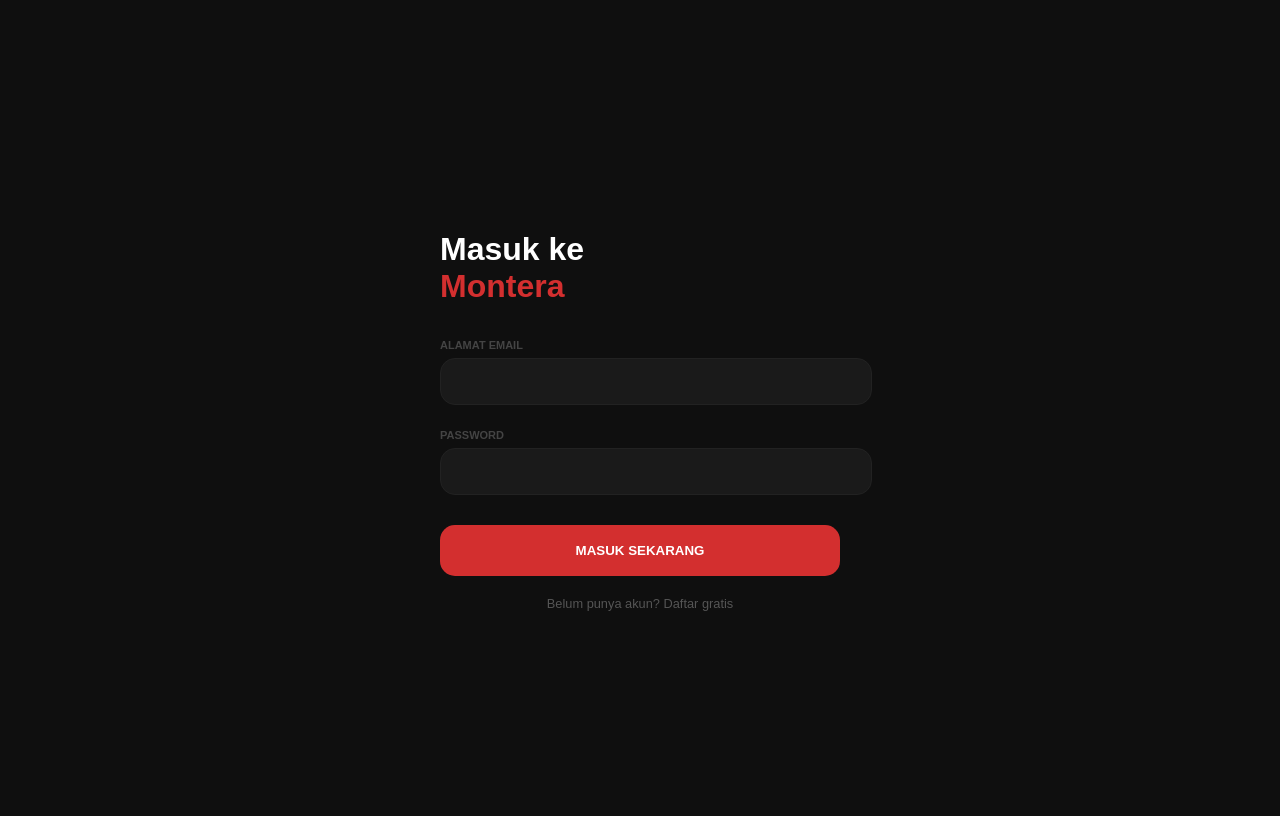
Repository: Tenno1208/montera-app
Page: http://localhost/login
An editor plug-in stored every save of this project. The page is shown before and after the next save, followed by the edit.
The browser window is 1280 px wide. The pictures show the whole page.
The page is served by the project's Laravel application, run on PHP 8.4 with Laravel 12.

Above is the page before, as saved 2026-04-23 18:12:47.

After the next save:
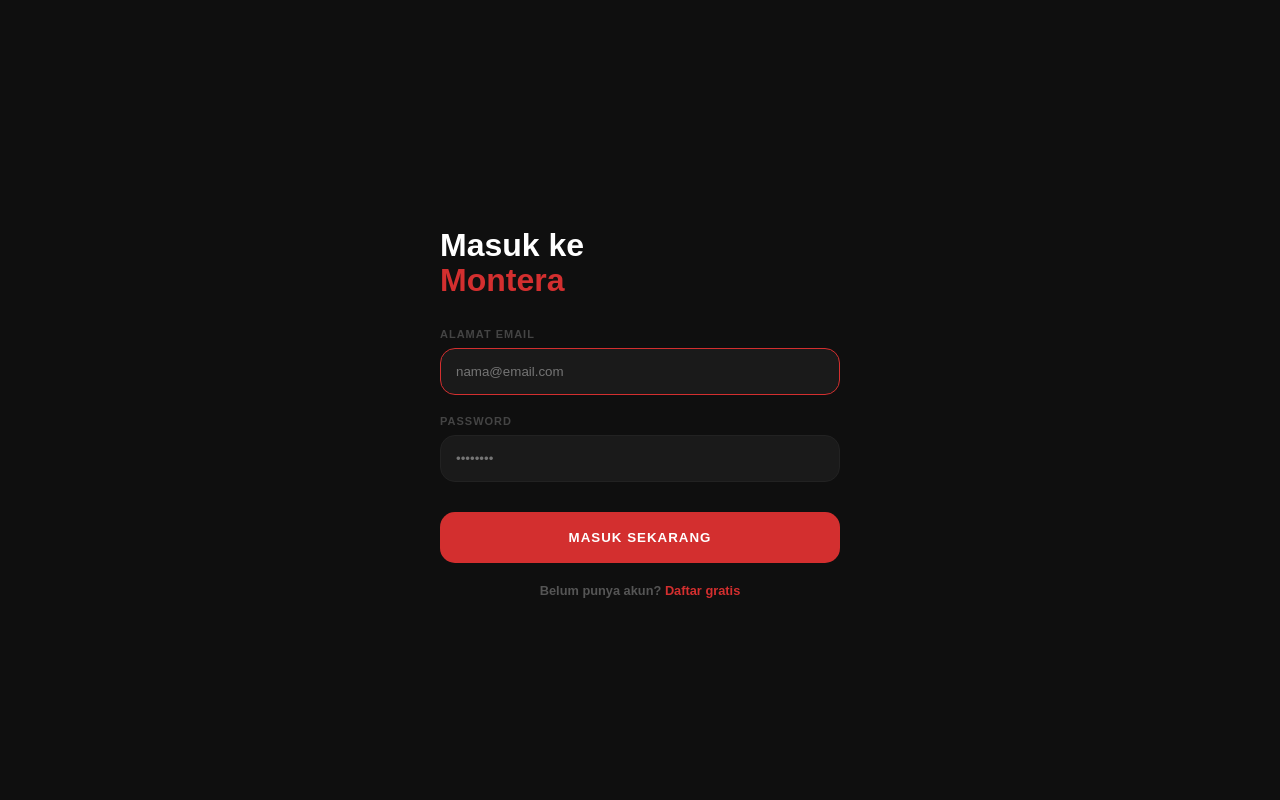
Saved 100 s later.
--- a/resources/views/auth/login.blade.php
+++ b/resources/views/auth/login.blade.php
@@ -5,31 +5,79 @@
     <meta name="viewport" content="width=device-width, initial-scale=1.0">
     <title>Montera - Masuk</title>
     <style>
-        body { background: #0F0F0F; color: white; font-family: sans-serif; padding: 40px; display: flex; align-items: center; justify-content: center; min-height: 100vh; }
+        body { background: #0F0F0F; color: white; font-family: sans-serif; padding: 40px; display: flex; align-items: center; justify-content: center; min-height: 100vh; margin: 0; }
         .login-box { width: 100%; max-width: 400px; }
-        h2 { font-size: 2rem; font-weight: 900; margin-bottom: 30px; }
-        .input-group { margin-bottom: 20px; }
-        input { width: 100%; padding: 15px; border-radius: 15px; border: 1px solid #222; background: #1A1A1A; color: white; outline: none; margin-top: 5px; }
-        .btn-login { width: 100%; padding: 18px; border-radius: 15px; border: none; background: #D32F2F; color: white; font-weight: bold; cursor: pointer; margin-top: 10px; }
-        a { color: #555; text-decoration: none; font-size: 0.8rem; display: block; text-align: center; margin-top: 20px; }
+        h2 { font-size: 2rem; font-weight: 900; margin-bottom: 30px; line-height: 1.1; }
+        .input-group { margin-bottom: 20px; position: relative; }
+
+        /* Gaya Label & Input */
+        label { font-size: 11px; font-weight: bold; color: #444; letter-spacing: 1px; display: block; margin-bottom: 8px; }
+        input {
+            width: 100%; padding: 15px; border-radius: 15px; border: 1px solid #222;
+            background: #1A1A1A; color: white; outline: none; box-sizing: border-box;
+            transition: 0.3s;
+        }
+
+        /* State Input Error */
+        input.is-invalid { border-color: #D32F2F; background: rgba(211, 47, 47, 0.05); }
+        input:focus { border-color: #D32F2F; }
+
+        /* Pesan Error Mewah */
+        .error-message {
+            color: #D32F2F; font-size: 11px; font-weight: bold; margin-top: 6px;
+            display: flex; align-items: center; gap: 5px;
+        }
+
+        /* Tombol */
+        .btn-login {
+            width: 100%; padding: 18px; border-radius: 15px; border: none;
+            background: #D32F2F; color: white; font-weight: bold; cursor: pointer;
+            margin-top: 10px; transition: 0.3s; letter-spacing: 1px;
+        }
+        .btn-login:active { transform: scale(0.98); }
+
+        a { color: #555; text-decoration: none; font-size: 0.8rem; display: block; text-align: center; margin-top: 20px; font-weight: 600; }
+        span.montera-text { color: #D32F2F; }
     </style>
 </head>
 <body>
     <div class="login-box">
-        <h2>Masuk ke<br><span style="color: #D32F2F;">Montera</span></h2>
+        <h2>Masuk ke<br><span class="montera-text">Montera</span></h2>
+
+        @if($errors->has('loginError'))
+            <div style="background: rgba(211, 47, 47, 0.1); border: 1px solid #D32F2F; padding: 15px; border-radius: 15px; margin-bottom: 20px; font-size: 12px; color: #ff4d4d; font-weight: bold; text-align: center;">
+                <i class="fa-solid fa-triangle-exclamation"></i> {{ $errors->first('loginError') }}
+            </div>
+        @endif
+
         <form action="{{ route('login') }}" method="POST">
             @csrf
+
             <div class="input-group">
-                <label style="font-size: 11px; font-weight: bold; color: #444;">ALAMAT EMAIL</label>
-                <input type="email" name="email" required>
+                <label>ALAMAT EMAIL</label>
+                <input type="email" name="email" value="{{ old('email') }}" class="{{ $errors->has('email') ? 'is-invalid' : '' }}" placeholder="nama@email.com" required autofocus>
+                @error('email')
+                    <div class="error-message">
+                        <i class="fa-solid fa-circle-exclamation"></i> {{ $message }}
+                    </div>
+                @enderror
             </div>
+
             <div class="input-group">
-                <label style="font-size: 11px; font-weight: bold; color: #444;">PASSWORD</label>
-                <input type="password" name="password" required>
+                <label>PASSWORD</label>
+                <input type="password" name="password" class="{{ $errors->has('password') ? 'is-invalid' : '' }}" placeholder="••••••••" required>
+                @error('password')
+                    <div class="error-message">
+                        <i class="fa-solid fa-circle-exclamation"></i> {{ $message }}
+                    </div>
+                @enderror
             </div>
+
             <button type="submit" class="btn-login shadow-lg">MASUK SEKARANG</button>
-            <a href="{{ route('register') }}">Belum punya akun? Daftar gratis</a>
+            <a href="{{ route('register') }}">Belum punya akun? <span style="color: #D32F2F;">Daftar gratis</span></a>
         </form>
     </div>
+
+    <script src="https://cdnjs.cloudflare.com/ajax/libs/font-awesome/6.0.0/js/all.min.js"></script>
 </body>
 </html>
